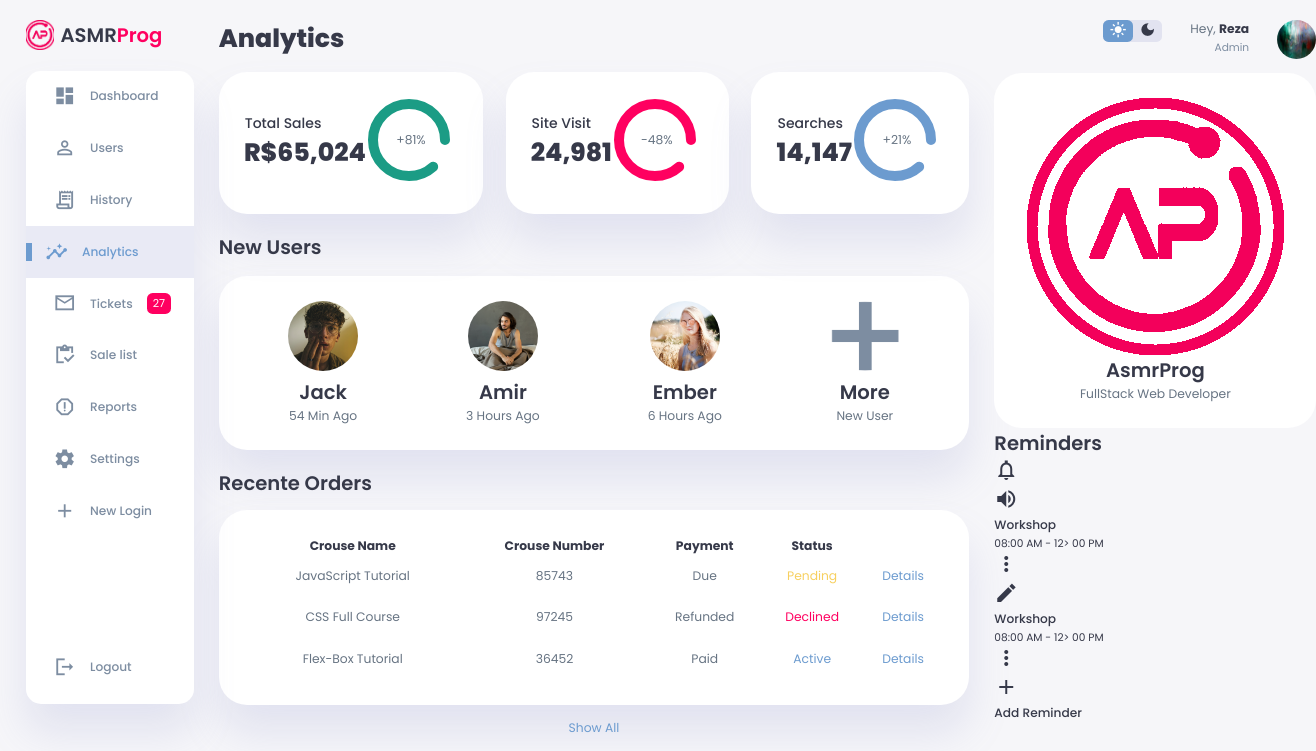
Repository: pheonix5/ProjetosRN-linux
Page: DashBoard/index.html
These files come from the project's save history. The page is drawn as it stood at one moment and after the next save; the edit follows.
The browser window is 1280 px wide. The page is 1316 px wide, so the pictures cover 1316 px, including what lies to the right of the window. The pictures show the whole page.

Above is the page before, as saved 2023-08-06 02:57:19.

After the next save:
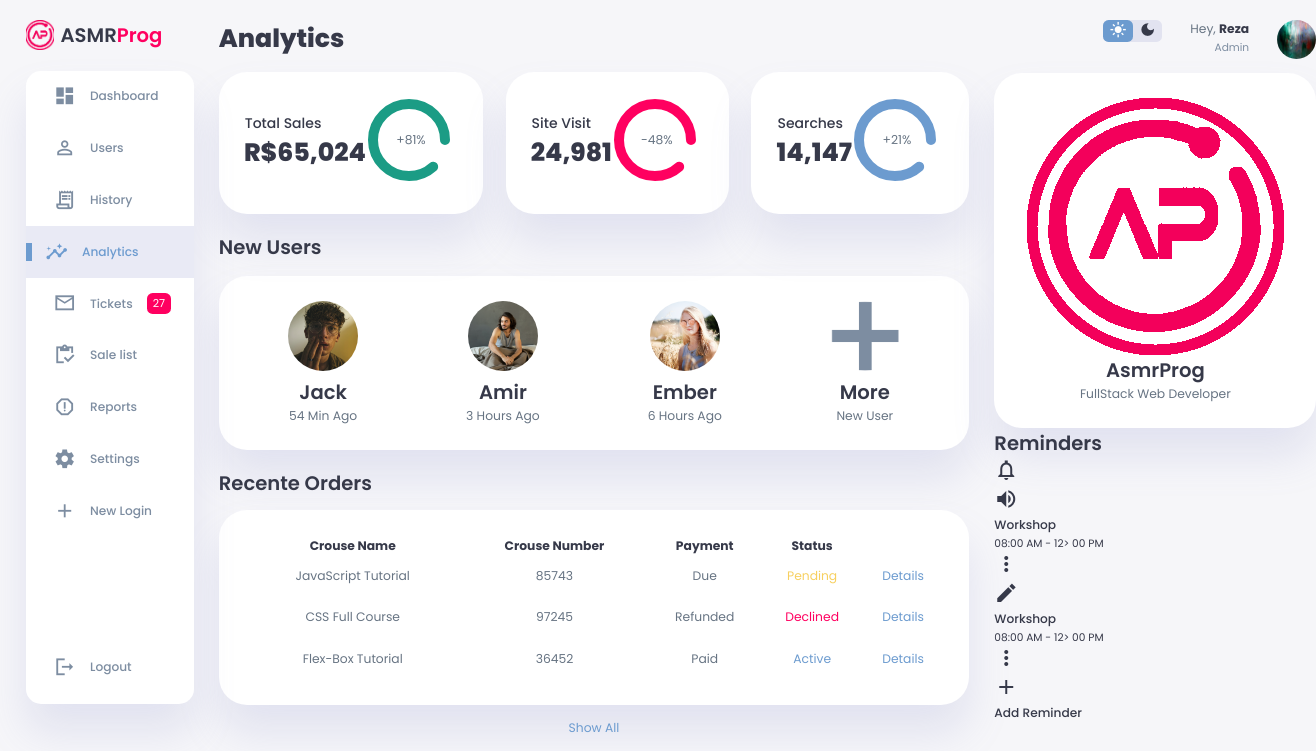
Saved 36 s later.
--- a/DashBoard/style.css
+++ b/DashBoard/style.css
@@ -438,4 +438,7 @@ main .recent-orders a{
   background-color: var(--color-white);
   padding:  var(--card-padding);
   border-radius: var(--card-border-radius);
-}
+  box-shadow: var(--box-shadow);
+  cursor: pointer;
+  transition: all 0.3s ease;
+}
